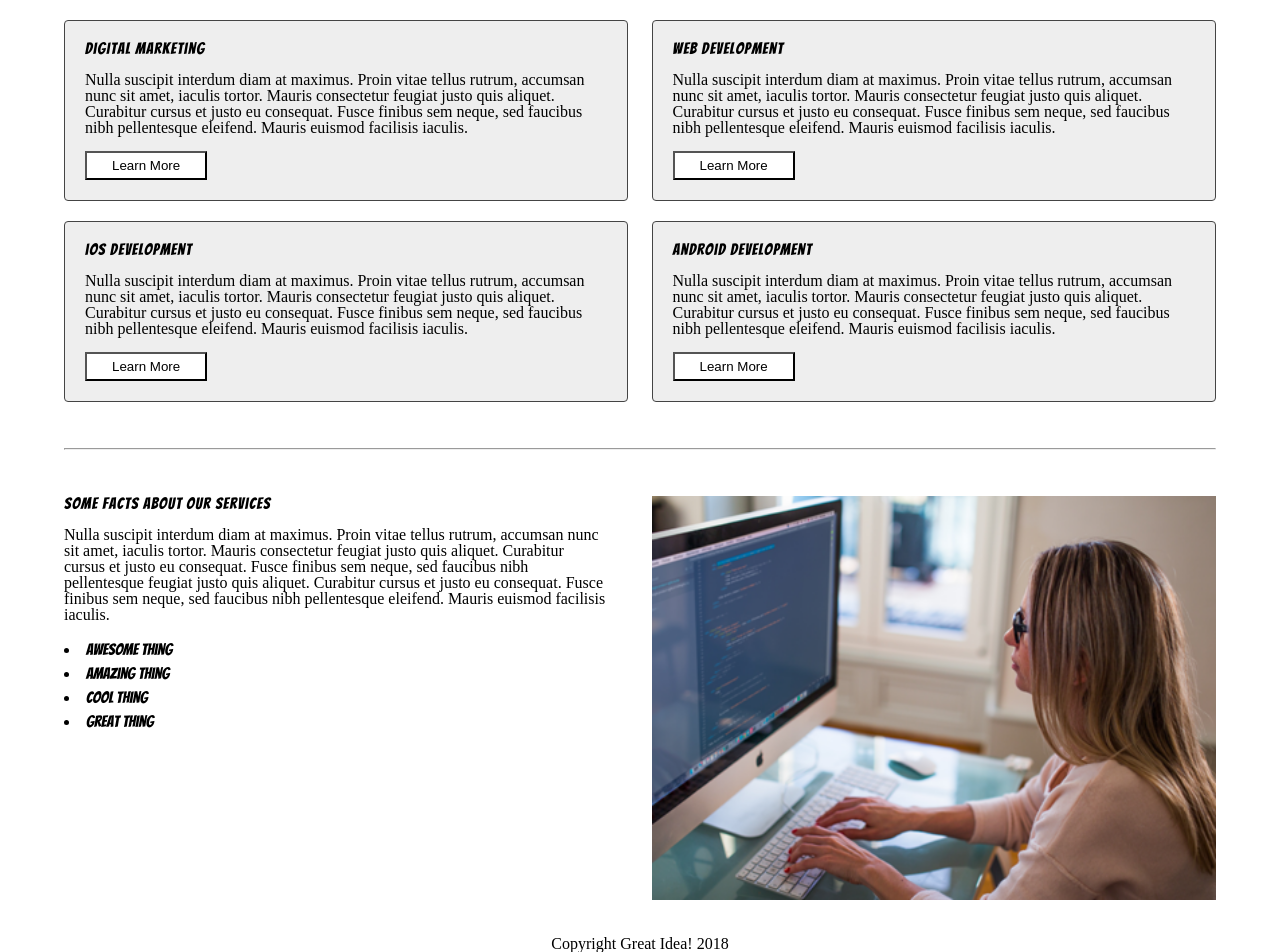
Repository: eddiemadrigal/responsive-web-design-I
Page: services.html
The author's editor kept a copy of each file at every save. The page is drawn from the files as they stood at one save, then again after the next save.
The browser window is 1280 px wide. The pictures show the part of the page from y = 1332 to 2284 px (the page is 2284 px tall).
A picture or video elsewhere on the page could not be fetched, so the positions and the page height are approximate. Some web fonts or font styles are not loaded; a fallback is used.

Above is the page before, as saved 2020-01-21 14:29:28.

### services.html
<!doctype html>

<html lang="en">

<head>
    <meta charset="utf-8">
    <title>Great Idea - Responsive I</title>
    <meta name="viewport" content="width=device-width, initial-scale=1.0">
    <link href="https://fonts.googleapis.com/css?family=Bangers|Titillium+Web" rel="stylesheet">
    <link href="https://fonts.googleapis.com/css?family=Ibarra+Real+Nova&display=swap" rel="stylesheet">
    <link rel="stylesheet" href="css/index.css">

</head>

<body>
    <div class="container">
        <div id="top-progress-bar"></div>
        <div class="top-logo"><a href="#"><img class="logo" src="img/logo.png" alt="Great Idea! Company logo."></a>
        </div>
        <!-- begin nav bar-->
        <nav>
            <ul>
                <li class="bottom-border scale"><a href="services.html">Services</a></li>
                <li class="bottom-border scale"><a href="#">Product</a></li>
                <li class="bottom-border scale"><a href="#">Vision</a></li>
                <li class="bottom-border scale"><a href="#">Features</a></li>
                <li class="bottom-border scale"><a href="#">About</a></li>
                <li class="bottom-border scale"><a href="#">Contact</a></li>
                <li class="bottom-border scale"><a href="index.html"><img class="logo" src="img/logo.png"
                            alt="Great Idea! Company logo."></a></li>
            </ul>
        </nav>
        <!-- end nav bar -->

        <!-- Begin header -->
        <header class="services">
            <section>
                <img class="middle-img" src="img/mid-page-accent.jpg"
                    alt="Image of code snippets across the header portion of the screen">
            </section>
            <section>
                <h1>Services</h1>
                <p>
                    Our services provide the best digital value in nulla suscipit interdum diam at maximus. Proin vitae
                    tellus
                    rutrum,
                    accumsan nunc sit amet, iaculis tortor. Mauris consectetur feugiat justo quis aliquet. Curabitur
                    cursus et
                    justo
                    eu
                    consequat. Fusce finibus sem neque, sed faucibus nibh pellentesque eleifend. Mauris euismod
                    facilisis iaculis.
                </p>
            </section>
        </header>
        <!-- end header -->
        <hr class="hr-mobile" />
        <!-- main starts here -->
        <main>
            <section class="section1">
                <article>
                    <h2>Digital Design</h2>

                    <p>Nulla suscipit interdum diam at maximus. Proin vitae tellus rutrum, accumsan nunc sit amet,
                        iaculis tortor.
                        Mauris
                        consectetur feugiat justo quis aliquet. Curabitur cursus et justo eu consequat. Fusce finibus
                        sem neque, sed
                        faucibus nibh pellentesque
                        eleifend. Mauris euismod facilisis iaculis.</p>

                    <button>Learn More</button>

                </article>
                <article>
                    <h2>UX / UI</h2>

                    <p>Nulla suscipit interdum diam at maximus. Proin vitae tellus rutrum, accumsan nunc sit amet,
                        iaculis tortor.
                        Mauris
                        consectetur feugiat justo quis aliquet. Curabitur cursus et justo eu consequat. Fusce finibus
                        sem neque, sed
                        faucibus nibh pellentesque
                        eleifend. Mauris euismod facilisis iaculis.</p>

                    <button>Learn More</button>
                </article>
            </section>

            <section class="section2">
                <article>

                    <h2>Digital Marketing</h2>

                    <p>Nulla suscipit interdum diam at maximus. Proin vitae tellus rutrum, accumsan nunc sit amet,
                        iaculis tortor.
                        Mauris
                        consectetur feugiat justo quis aliquet. Curabitur cursus et justo eu consequat. Fusce finibus
                        sem neque, sed
                        faucibus nibh pellentesque
                        eleifend. Mauris euismod facilisis iaculis.</p>

                    <button>Learn More</button>

                </article>
                <article>
                    <h2>Web Development</h2>

                    <p>Nulla suscipit interdum diam at maximus. Proin vitae tellus rutrum, accumsan nunc sit amet,
                        iaculis tortor.
                        Mauris
                        consectetur feugiat justo quis aliquet. Curabitur cursus et justo eu consequat. Fusce finibus
                        sem neque, sed
                        faucibus nibh pellentesque
                        eleifend. Mauris euismod facilisis iaculis.</p>

                    <button>Learn More</button>
                </article>
            </section>

            <section class="section3">
                <article>
                    <h2>iOS Development</h2>

                    <p>Nulla suscipit interdum diam at maximus. Proin vitae tellus rutrum, accumsan nunc sit amet,
                        iaculis tortor.
                        Mauris
                        consectetur feugiat justo quis aliquet. Curabitur cursus et justo eu consequat. Fusce finibus
                        sem neque, sed
                        faucibus nibh pellentesque
                        eleifend. Mauris euismod facilisis iaculis.</p>

                    <button>Learn More</button>
                </article>
                <article>

                    <h2>Android Development</h2>

                    <p>Nulla suscipit interdum diam at maximus. Proin vitae tellus rutrum, accumsan nunc sit amet,
                        iaculis tortor.
                        Mauris
                        consectetur feugiat justo quis aliquet. Curabitur cursus et justo eu consequat. Fusce finibus
                        sem neque, sed
                        faucibus nibh pellentesque
                        eleifend. Mauris euismod facilisis iaculis.</p>

                    <button>Learn More</button>
                </article>
            </section>

            <hr>

            <section class="section4">
                <article>
                    <h2>Some Facts About Our Services</h2>

                    <p>Nulla suscipit interdum diam at maximus. Proin vitae tellus rutrum, accumsan nunc sit amet,
                        iaculis tortor.
                        Mauris
                        consectetur feugiat justo quis aliquet. Curabitur cursus et justo eu consequat. Fusce finibus
                        sem neque, sed
                        faucibus nibh pellentesque feugiat justo quis aliquet. Curabitur cursus et justo eu consequat.
                        Fusce finibus
                        sem neque, sed
                        faucibus nibh pellentesque
                        eleifend. Mauris euismod facilisis iaculis.</p>

                    <ul class="section4-ul">
                        <li>Awesome thing</li>
                        <li>Amazing thing</li>
                        <li>Cool thing</li>
                        <li>Great thing</li>
                    </ul>

                </article>
                <article>
                    <img class="services-info-img" src="img/services-info.png" alt="one of our employees hard at work">
                </article>
            </section>

        </main>
        <footer>
            <p>
                Copyright Great Idea! 2018
            </p>
        </footer>
    </div>
    <script>
        window.onscroll = function () {
            let h = document.documentElement,
                b = document.body,
                st = 'scrollTop',
                sh = 'scrollHeight';
            // console.log(((h[st] / (h[sh] - h.clientHeight)) * 100).toFixed(0) + "%");
            let progressWidth = (h[st] || b[st]) / ((h[sh] || b[sh]) - h.clientHeight) * 100;
            document.getElementById("top-progress-bar").style.width = progressWidth.toFixed(0) + "%";
            document.getElementById("top-progress-bar").style.left = (50 - (progressWidth.toFixed(0) / 2)) + "%";
        };
    </script>
</body>

</html>

### css/index.css
/* http://meyerweb.com/eric/tools/css/reset/
   v2.0 | 20110126
   License: none (public domain)
*/

html,
body,
div,
span,
applet,
object,
iframe,
h1,
h2,
h3,
h4,
h5,
h6,
p,
blockquote,
pre,
a,
abbr,
acronym,
address,
big,
cite,
code,
del,
dfn,
em,
img,
ins,
kbd,
q,
s,
samp,
small,
strike,
strong,
sub,
sup,
tt,
var,
b,
u,
i,
center,
dl,
dt,
dd,
ol,
ul,
li,
fieldset,
form,
label,
legend,
table,
caption,
tbody,
tfoot,
thead,
tr,
th,
td,
article,
aside,
canvas,
details,
embed,
figure,
figcaption,
footer,
header,
hgroup,
menu,
nav,
output,
ruby,
section,
summary,
time,
mark,
audio,
video {
	margin: 0;
	padding: 0;
	border: 0;
	font-size: 100%;
	font: inherit;
	vertical-align: baseline;
}

/* HTML5 display-role reset for older browsers */
article,
aside,
details,
figcaption,
figure,
footer,
header,
hgroup,
menu,
nav,
section {
	display: block;
}

body {
	line-height: 1;
}

ol,
ul {
	list-style: none;
}

blockquote,
q {
	quotes: none;
}

blockquote:before,
blockquote:after,
q:before,
q:after {
	content: '';
	content: none;
}

table {
	border-collapse: collapse;
	border-spacing: 0;
}

/* Set every element's box-sizing to border-box */
* {
	box-sizing: border-box;
}

html,
body {
	height: 100%;
	font-family: 'Titillium Web', sans-serif;
}

h1,
h2,
h3,
h4,
h5 {
	font-family: 'Bangers', cursive;
	letter-spacing: 1px;
	margin-bottom: 15px;
}

/* Your code starts here! */

/* CSS animations start here */

.scale {
	transition: transform .2s ease-in-out;
}

.scale:hover {
	transform: scale(1.1);
	z-index: 1;
	cursor: pointer;
}

/* CSS animations stop here */

/* Background modifications start here */

.bg-img {
	background-image: url('../img/mid-page-accent.jpg');
	background-repeat: no-repeat;
	background-size: cover;
	background-blend-mode: lighten;
}

button.bg-button {
	color: #000;
}

hr.bg-hr {
	padding: 0;
}

.bg-header {
	padding-top: 50px;
}

.bg-footer {
	padding-bottom: 10px;
}

.bg-bottom {
	margin-bottom: 20px;
}

.bg-text-white {
	color: #fff;
}

.bg-left-padding {
	padding-left: 10px;
}

.bg-top-margin {
	margin-top: 70px;
}

/* Background modifications end here */

/* HR margin starts here */

hr {
	margin: 4% 0;
}

/* HR margin ends here */

/* Start paragraph formatting with Google font */

p {
	font-family: 'Ibarra Real Nova', serif;
}

/* End paragraph formatting with Google font */

/* body container starts here */

.container {
	width: 90%;
	margin: 0 auto;
}

div.top-logo {
	display: none;
}

button {
	padding: 5px 25px;
	margin-top: 15px;
	background-color: #fff;
}

/* body container ends here */

/* Start scroll y */

#top-progress-bar {
	height: 5px;
	background-color: #ccc;
	position: fixed;
	z-index: 9999;
	top: 0;
	left: 50%;
  }

/* End scroll  */

/* nav starts here */

nav ul {
	display: flex;
	justify-content: space-around;
}

nav ul {
	text-align: center;
	position: fixed;
	background-color: rgba(200, 200, 200, .9);
	top: 11px;
	width: 90%;
}

nav ul li {
	padding-top: 20px;
}

nav ul li:last-child {
	padding: 10px 0;
}

a {
	text-decoration: none;
	color: #000;
}

a:hover {
	text-decoration: underline;
}

/* nav ends here */


/* header starts here */

header {
	margin-top: 80px;
}

header.index {
	display: flex;
	justify-content: space-around;
	margin-top: 100px;
}

header img {
	width: 100%;
}

.header {
	text-align: center;
}

.header h1 {
	font-size: 4rem;
}

.header img {
	width: 300px;
}

h1 {
	font-family: 'Bangers', cursive;
	margin-top: 20px;
	font-size: 1.5rem;
}

h2 {
	font-family: 'Bangers', cursive;
}

/* header ends here */

/* main starts here */

.top-section {
	display: flex;
	justify-content: space-between;
}

.section1,
.section2,
.section3,
.section4 {
	display: flex;
	justify-content: space-between;
	margin-bottom: 20px;
}

article {
	border: 1px solid #444;
	border-radius: 4px;
	padding: 20px;
	width: 49%;
	background-color: #eee;
}

address {
	padding: 20px;
	display: inline-block;
}

.section4 article {
	background-color: #fff;
	border: none;
	padding: 0;
}

.section4 article:first-child {
	padding-right: 20px;
}

.top-section article,
.bottom-section article {
	background: #fff;
	border: none;
}

ul.section4-ul {
	list-style-type: disc;
	list-style-position: inside;
	margin-top: 15px;
	line-height: 1.5;
	font-family: 'Bangers', cursive;
}

.services-info-img {
	width: 100%;
}

.middle-img {
	width: 100%;
	margin: 10px 0;
}

.bottom-section {
	display: flex;
	justify-content: space-between;
}

.bottom-section article:first-child {
	padding-left: 0;
}

/* main ends here */

/* footer starts here */

footer p {
	text-align: center;
	margin: 3% 0;
	font-size: 1rem;
}

/* footer ends here */

/* Text customizing starts here */

.focus {
	font-weight: bold;
}

/* Text customizing ends here */

/* Begin media queries */

@media (max-width: 800px) {
	div.top-logo {
		display: block;
		margin-top: 20px;
		text-align: center;
	}

	.mobile-header {
		display: none;
	}

	.header {
		width: 100%;
	}

	header.index {
		margin-top: 110px;
	}

	nav ul li:last-child {
		display: none;
	}

	nav ul {
		height: 60px;
		top: 80px;
		width: 90%;
	}

	button {
		margin-bottom: 10px;
	}
}

@media (max-width: 500px) {
	.container {
		width: 100%;
	}

	nav ul {
		display: block;
		background-color: transparent;
		width: 100%;
		position: absolute;
		margin-top: 15px;
	}

	nav ul li.bottom-border:first-child {
		border-bottom: 1px solid black;
		border-top: 1px solid black;
		padding-bottom: 25px;
	}

	nav ul li.bottom-border {
		border-bottom: 1px solid black;
		padding-bottom: 25px;
	}

	.mobile-header {
		display: none;
	}

	header.index {
		margin-top: 400px;
	}

	section.top-section {
		display: block;
	}

	section.top-section article {
		width: 100%;
	}

	section.bottom-section {
		display: block;
	}

	section.bottom-section article {
		width: 100%;
	}

	.bottom-section article:first-child,
	address {
		padding-left: 4%;
	}

	.middle-img {
		padding: 0 4%;
	}

	.hr-mobile {
		width: 92%;
		margin: 4% auto;
	}

}

/* end media queries */

After the next save:
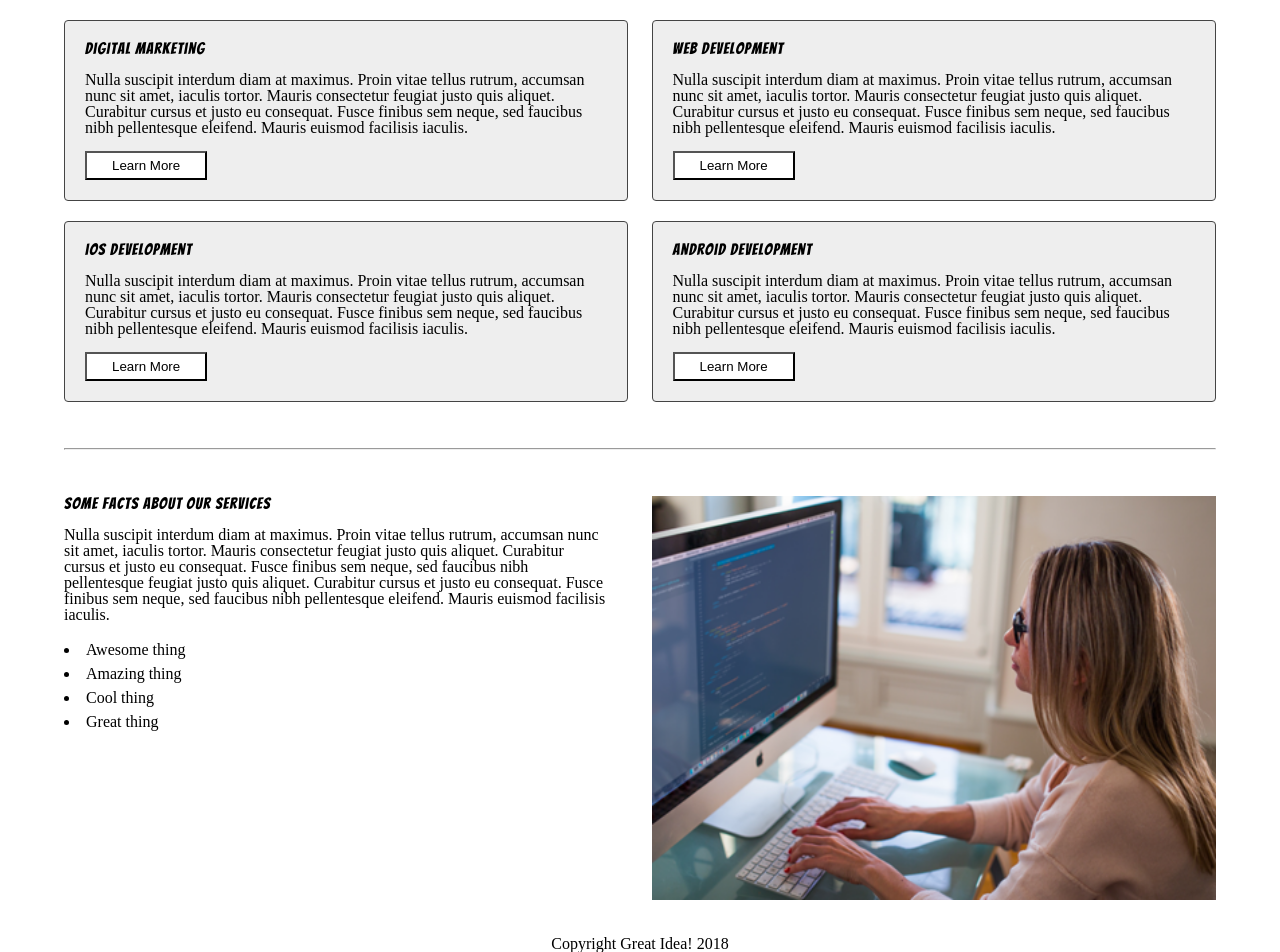
Saved 46 s later.
--- a/css/index.css
+++ b/css/index.css
@@ -387,7 +387,7 @@ ul.section4-ul {
 	list-style-position: inside;
 	margin-top: 15px;
 	line-height: 1.5;
-	font-family: 'Bangers', cursive;
+	font-family: 'Ibarra Real Nova', serif;
 }
 
 .services-info-img {
